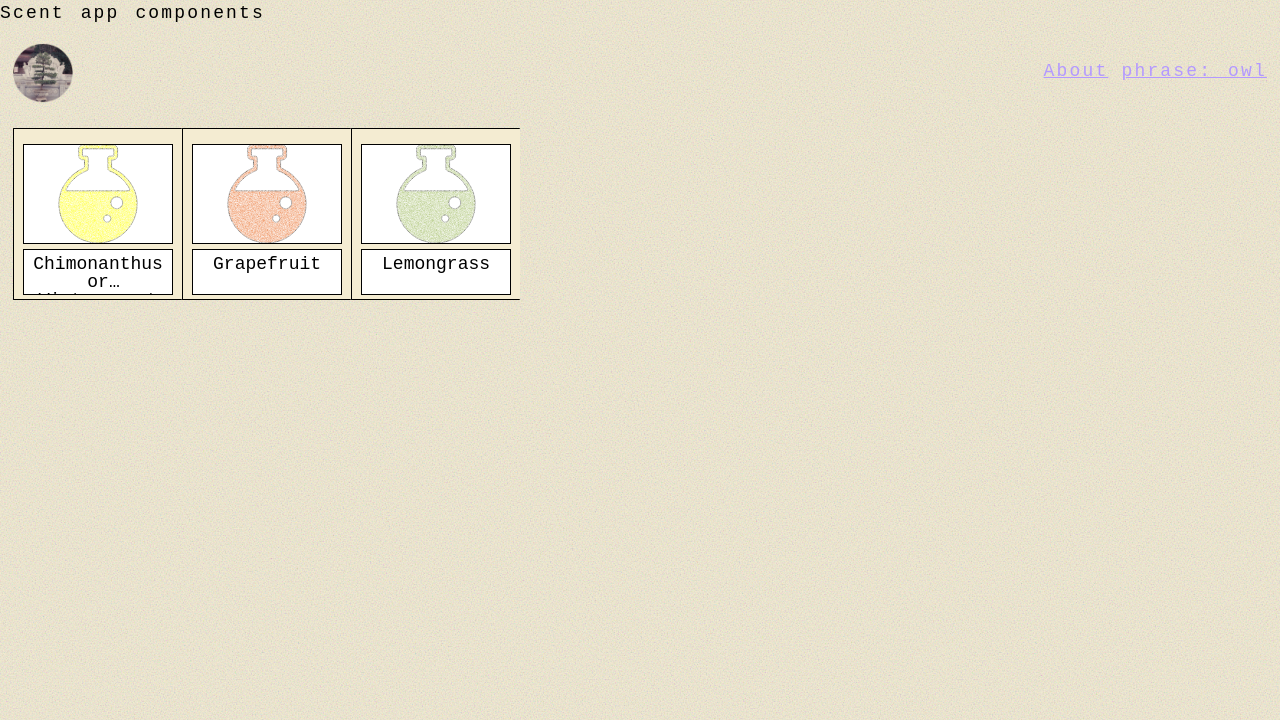
Repository: magiai/scent-app
Page: /
An editor plug-in stored every save of this project. The page is shown before and after a run of saves, followed by the edit.
The browser window is 1280 px wide. The pictures show the whole page.
The project was rebuilt for these pictures with package versions that can differ from the ones it lists, and the page was loaded fresh each time. The framework's server and built-in components were replaced by stand-ins that run in the browser.

Above is the page before, as saved 2022-11-30 12:37:42.

After the next 2 saves:
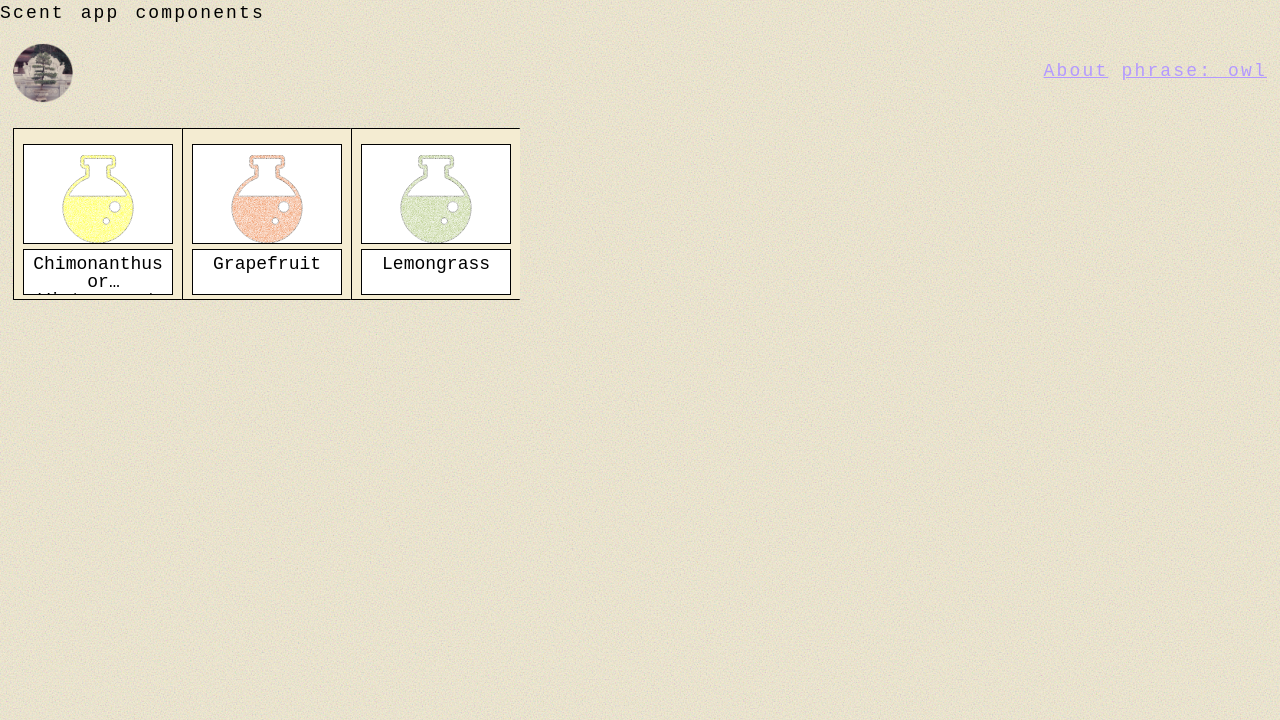
The 2 saves are shown as one change because they came seconds apart.
The last was saved 28 s later.
--- a/components/scent/scent.module.css
+++ b/components/scent/scent.module.css
@@ -40,6 +40,7 @@ svg.svg--bottle {
     width: var(--svg__button__width);
     height: var(--svg__button__height);
     margin-top: 1rem;
+    padding-top: 1rem;
     background-color: white;
     border-right-width: var(--button__border__width);
 }
